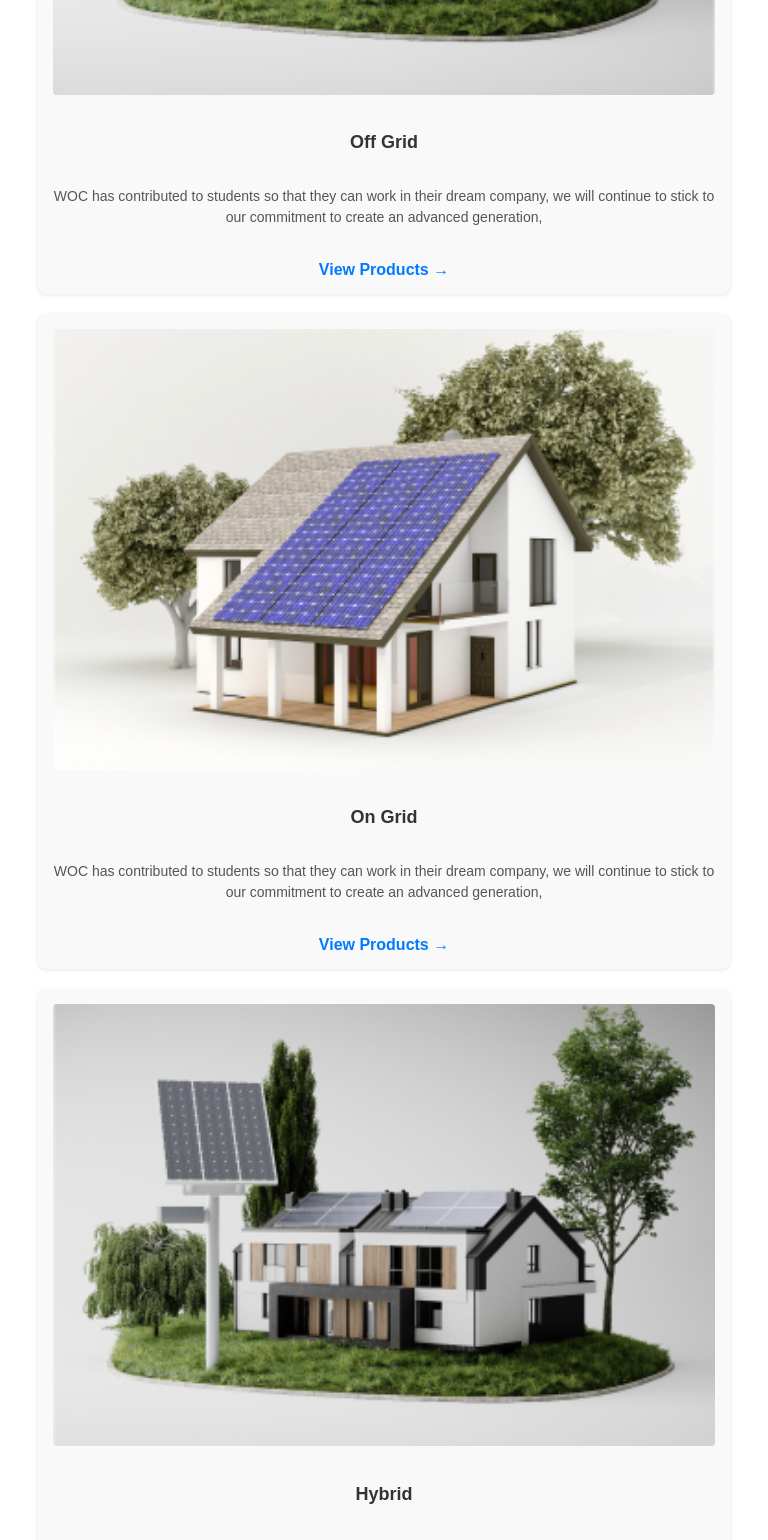
Repository: MaramNabil872/Landing-Page
Page: landingPage.html
An editor plug-in stored every save of this project. The page is shown before and after the next save, followed by the edit.
The browser window is 768 px wide. The pictures show the part of the page from y = 2419 to 3959 px (the page is 7840 px tall before and 7530 px after).
A picture or video elsewhere on the page could not be fetched, so the positions and the page height are approximate.

Above is the page before, as saved 2024-10-21 18:44:11.

After the next save:
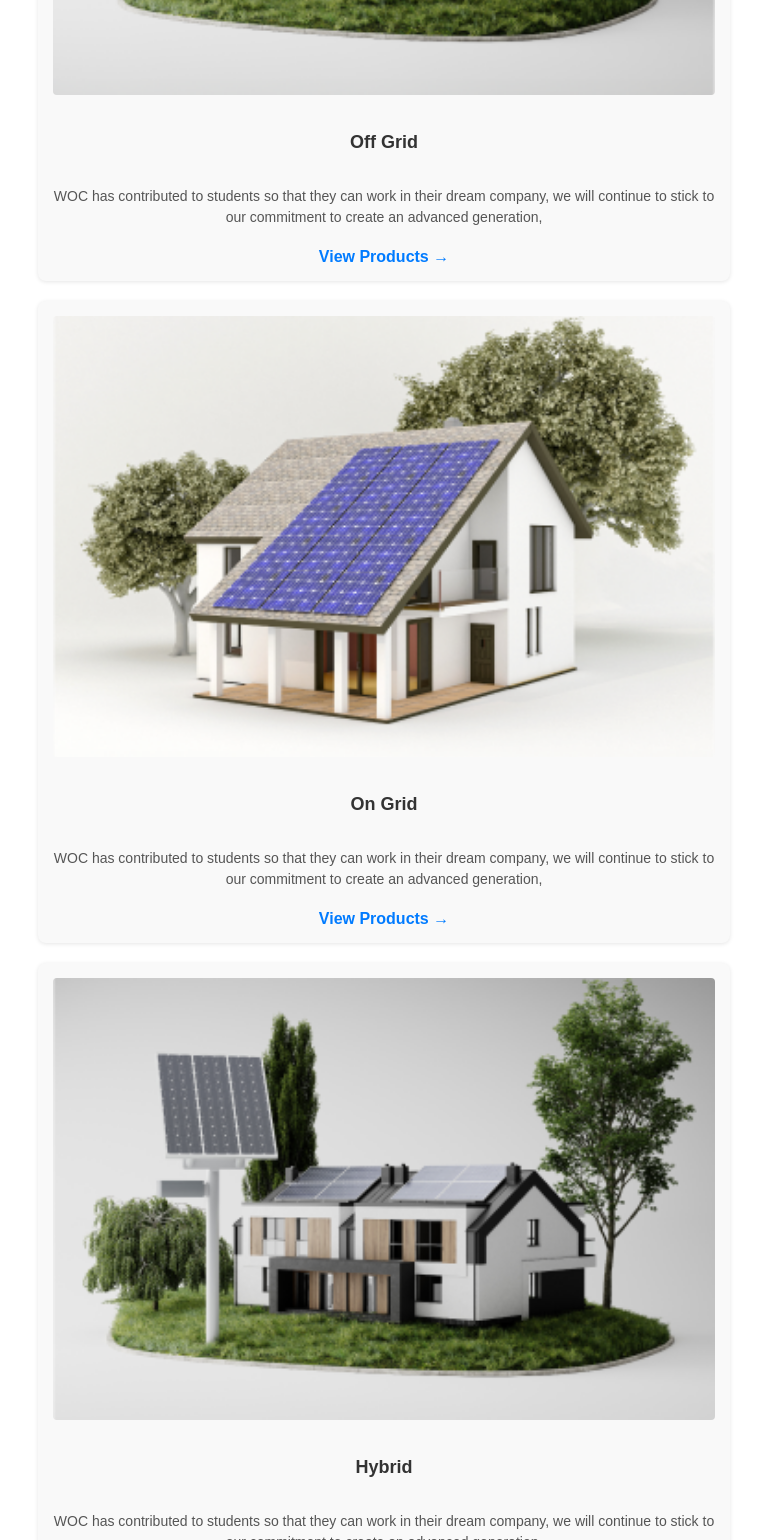
Saved 12 s later.
--- a/landingPage.css
+++ b/landingPage.css
@@ -449,3 +449,129 @@ font-size: 35px;
 
 
 /* sixth section */
+
+/* Overall container */
+.container-2 {
+    display: flex; /* Flexbox layout */
+    max-width: 1200px; /* Maximum container width */
+    margin: 20px auto; /* Center the container */
+    padding: 20px; /* Padding around the container */
+    background-color: #ffffff; /* White background */
+    border-radius: 8px; /* Rounded corners */
+    box-shadow: 0 2px 8px rgba(0, 0, 0, 0.1); /* Shadow for depth */
+}
+
+/* Text section */
+.text-section {
+    flex: 0 0 25%; /* Take up 25% of the width */
+    padding-right: 20px; /* Space between text and card */
+}
+
+.text-section h2 {
+    font-size: 24px;
+    margin-bottom: 10px;
+    color: #333;
+}
+
+.text-section p {
+    font-size: 16px;
+    color: #555;
+    line-height: 1.5;
+}
+
+/* Card swiper section */
+.card-section-swiper {
+    flex: 0 0 75%; /* Take up 75% of the width */
+    position: relative; /* To position the arrows */
+}
+
+.card-swiper {
+    background-color: #f9f9f9; /* Light background for the card */
+    padding: 20px;
+    border-radius: 8px; /* Rounded corners */
+    box-shadow: 0 1px 4px rgba(0, 0, 0, 0.1); /* Subtle shadow */
+    position: relative; /* Required for avatar section placement */
+}
+
+.card-title {
+    font-size: 18px;
+    color: #333;
+    margin-bottom: 10px;
+}
+
+.card-text {
+    font-size: 14px;
+    color: #555;
+    margin-bottom: 20px;
+}
+
+/* Avatar section */
+.avatar-section {
+    display: flex; /* Flexbox to position avatar and info */
+    align-items: center; /* Vertically center avatar and info */
+}
+
+.avatar {
+    width: 40px;
+    height: 40px;
+    border-radius: 50%; /* Make avatar circular */
+    margin-right: 10px; /* Space between avatar and info */
+}
+
+.avatar-info {
+    display: flex;
+    flex-direction: column; /* Stack name and description */
+}
+
+.avatar-name {
+    font-size: 16px;
+    font-weight: bold;
+    color: #333;
+}
+
+.avatar-description {
+    font-size: 12px;
+    color: #777;
+}
+
+/* Arrows */
+.arrows {
+    position: absolute;
+    top: 50%;
+    transform: translateY(-50%);
+    right: 0;
+    display: flex;
+    gap: 10px; /* Space between arrows */
+}
+
+.arrow {
+    background-color: #007bff; /* Blue background */
+    color: white; /* White arrow color */
+    padding: 10px; /* Padding around the arrows */
+    cursor: pointer; /* Pointer cursor for arrows */
+    border-radius: 50%; /* Circular arrows */
+    font-size: 18px; /* Arrow size */
+    display: flex;
+    align-items: center;
+    justify-content: center;
+}
+
+.arrow:hover {
+    background-color: #0056b3; /* Darker blue on hover */
+}
+
+/* Responsive design */
+@media (max-width: 768px) {
+    .container-2 {
+        flex-direction: column; /* Stack text and card vertically on mobile */
+    }
+
+    .text-section, .card-section-swiper {
+        flex: 1 1 100%; /* Full width for both sections */
+        padding: 0; /* Remove extra padding */
+    }
+
+    .arrows {
+        right: -10px; /* Adjust arrow position for mobile */
+    }
+}
